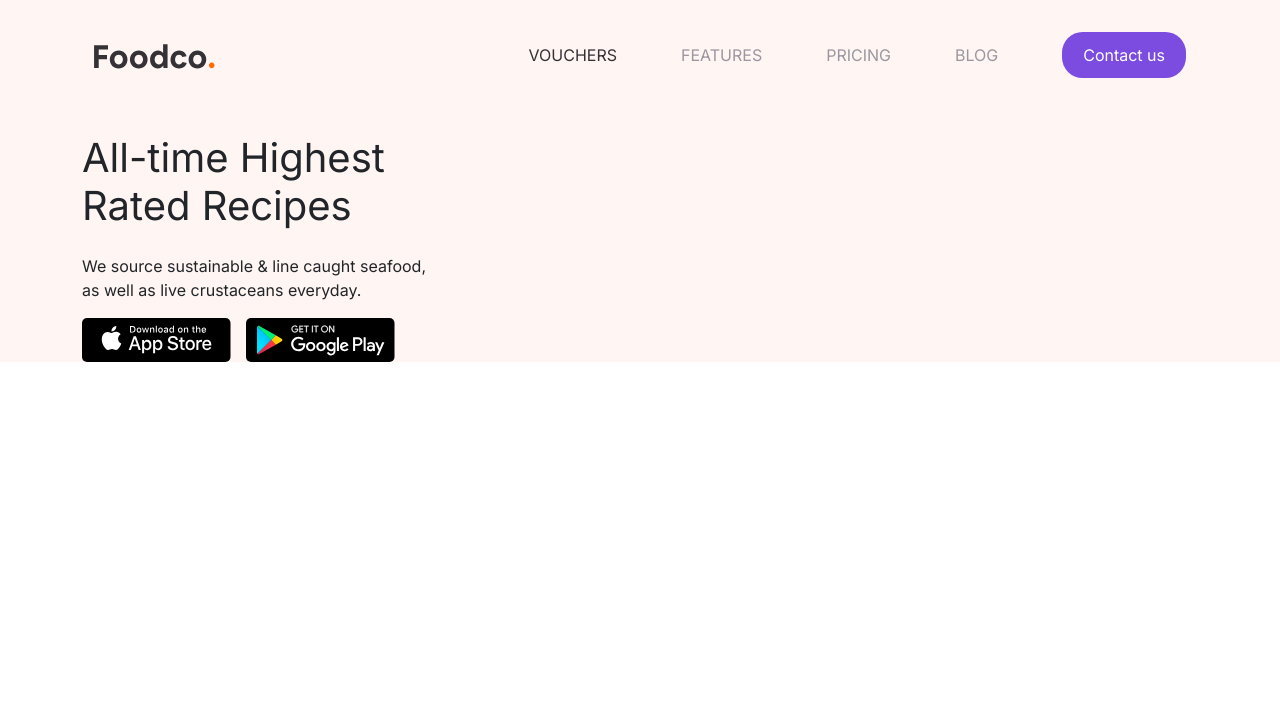
Repository: badhon252/Foodco
Page: index.html
An editor plug-in stored every save of this project. The page is shown before and after the next save, followed by the edit.
The browser window is 1280 px wide. The pictures show the whole page.
The style sheet was rebuilt from its Sass, Less or Tailwind sources for each picture, by a compiler version that may differ from the author's.

Above is the page before, as saved 2022-09-15 15:32:01.

After the next save:
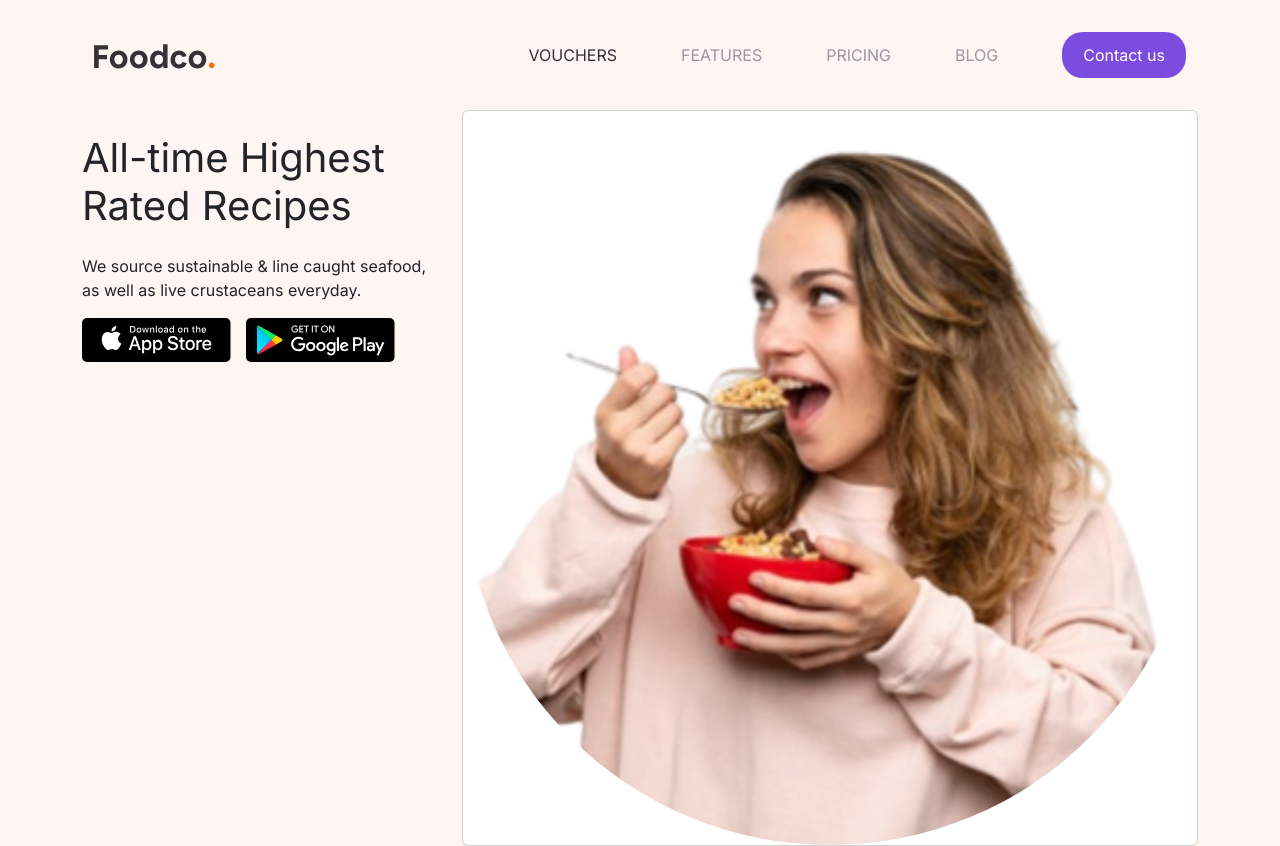
Saved 3 min 43 s later.
--- a/index.html
+++ b/index.html
@@ -57,7 +57,11 @@
                             <img src="./image/group-17711.svg" alt="">
                         </div>
                     </div>
-                    <div class="col-md-8"></div>
+                    <div class="col-md-8">
+                        <div class="card">
+                            <img src="./image/Mask group.svg" alt="">
+                        </div>
+                    </div>
                 </div>
             </div>
         </header>
